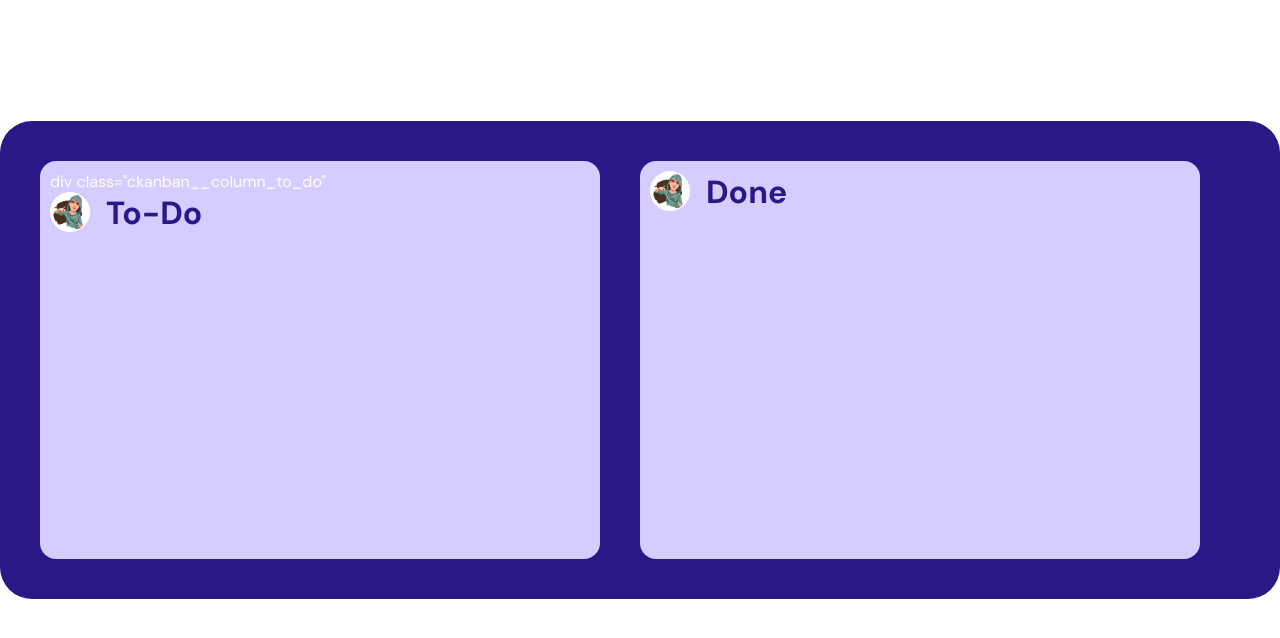
Repository: VitasYo/Kanban
Page: index.html
The author's editor kept a copy of each file at every save. The page is drawn from the files as they stood at one save, then again after the next save.
The browser window is 1280 px wide. The pictures show the whole page.

Above is the page before, as saved 2024-04-14 23:27:39.

### index.html
<!DOCTYPE html>
<html lang="en">
<head>
  <meta charset="UTF-8">
  <meta name="viewport" content="width=device-width, initial-scale=1.0">
  <link rel="stylesheet" href="./src/assets/css/index.css">
  <title>To-Do-List-Kanban</title>
</head>
<body>
  <main class="kanban">
    <section class="kanban__column kanban__column_to_do">
      div class="ckanban__column_to_do"
      <div class="kanban__title_and_icon">
        <img height=40 width=40 src="src/assets/img/Avatar.jpg" alt="Аватар">
        <h2 class="kanban__title">To-Do</h2>
      </div>

    </section>

    <section class="kanban__column kanban__column--done">
      <div class="kanban__title_and_icon">
        <img height=40 width=40 src="src/assets/img/Avatar.jpg" alt="Аватар">
        <h2 class="kanban__title">Done</h2>
      </div>
    </section>
  </main>
  </body>
<script src="./src/assets/js/index.js"></script>
</html>

### src/assets/css/index.css
@import url('https://fonts.googleapis.com/css2?family=DM+Sans:opsz,wght@9..40,100;9..40,200;9..40,300;9..40,400;9..40,500;9..40,600;9..40,700;9..40,800;9..40,900;9..40,1000&display=swap');
@import './component/_kanban.css';
@import './_media.css';



* {
  font-family: 'DM Sans', sans-serif;
}

* {
  box-sizing: border-box;
  margin: 0;
  padding: 0;
}

body {
  font-family: 'Arial', sans-serif;
  background-color: white;
  color: white;
  display: flex;
  flex-direction: column;
  min-height: 100vh;
}


.header__title,
.footer__text {
  margin: 0;
  padding: 10px 0;
}

.container {
  width: 100%;
  padding-right: 15px;
  padding-left: 15px;
  margin-right: auto;
  margin-left: auto;
}

### src/assets/css/component/_kanban.css
.kanban {
    display: flex;
    flex-wrap: wrap;
    justify-content: space-around;
    flex-grow: 1;
    flex: 0 0 100%;
    border-radius: 32px;
    border: 40px solid #2B1887;
    background-color: #2B1887;
    display: grid;
    grid-template-columns: 1fr 1fr;
    margin: auto;
}

.kanban__column {
    height: 398px;
    width: 560px;
    background-color: #D5CCFF;
    border-radius: 16px;
    padding: 10px;
}

.kanban__column_to_do {
    margin-right: 40px;
}

.kanban__title {
    color: #2B1887;
    font-size: 32px;
    margin-bottom: 24px;
    padding-left: 16px;
}

.kanban__title_and_icon {
    display: flex;
}

### src/assets/css/_media.css
@media (min-width: 576px) {
    .container {
        max-width: 540px;
    }
}

@media (min-width: 768px) {
    .container {
        max-width: 720px;
    }
}

@media (min-width: 992px) {
    .container {
        max-width: 960px;
    }
}

@media (min-width: 1200px) {
    .container {
        max-width: 1140px;
    }
}

@media (min-width: 1400px) {
    .container {
        max-width: 1320px;
    }
}

@media screen and (min-width: 640px) {
    .kanban__column {
        flex: 0 0 calc(33.333% - 20px);
    }
}

Loaded but not shown: src/assets/js/index.js (no stored copy; drawn as an empty file)

After the next save:
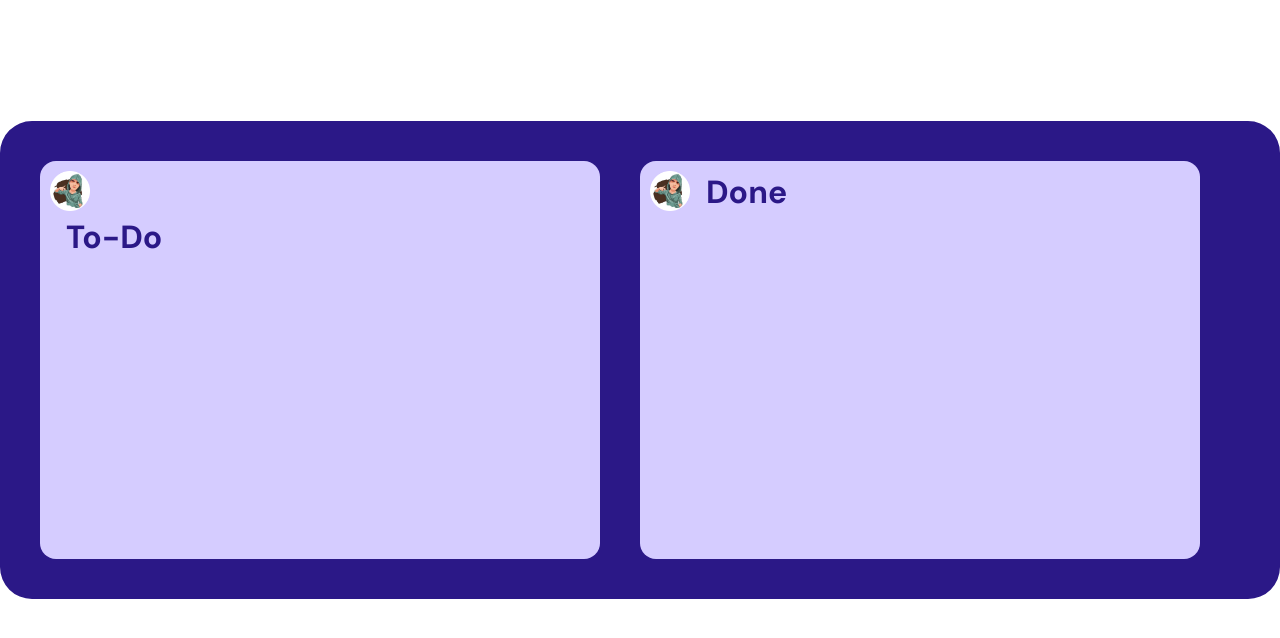
Saved 4 s later.
--- a/index.html
+++ b/index.html
@@ -9,7 +9,7 @@
 <body>
   <main class="kanban">
     <section class="kanban__column kanban__column_to_do">
-      div class="ckanban__column_to_do"
+      <div class="ckanban__column_to_do"
       <div class="kanban__title_and_icon">
         <img height=40 width=40 src="src/assets/img/Avatar.jpg" alt="Аватар">
         <h2 class="kanban__title">To-Do</h2>
